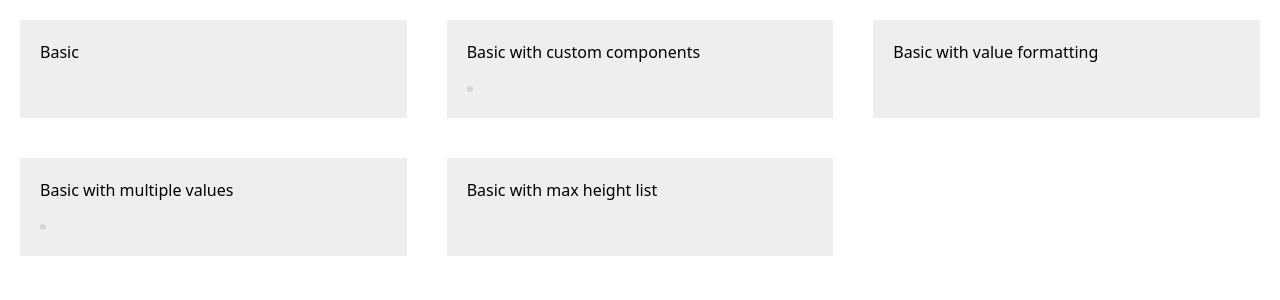
Repository: Frexity/frx-react
Page: / (app in ui/react-select/)
An editor plug-in stored every save of this project. The page is shown before and after the next save, followed by the edit.
The browser window is 1280 px wide. The pictures show the whole page.
Some web libraries are served in a nearby version. The project was rebuilt for these pictures with package versions that can differ from the ones it lists, and the page was loaded fresh each time. Also part of the build but not shown: ui/react-select/vite.config.ts, ui/react-select/src/CustomSelectComponents/ListLoadingIndicator.tsx, ui/react-select/src/dummy-components/ControlLoadingIndicator.tsx, ui/react-select/src/dummy-components/ListLoadingIndicator.tsx.

Above is the page before, as saved 2022-08-21 00:45:04.

After the next save:
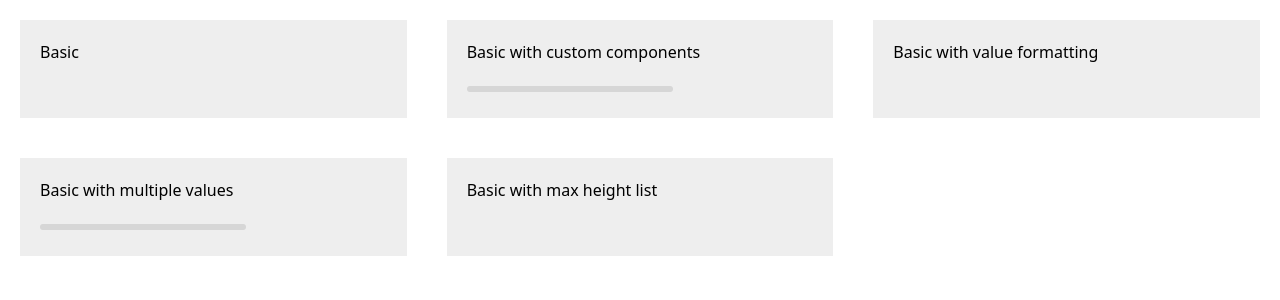
Saved 11 s later.
--- a/ui/react-select/src/Select/Input.tsx
+++ b/ui/react-select/src/Select/Input.tsx
@@ -19,6 +19,7 @@ const InnerInput = memo(({ valueFormatter, selectedValues, id, onFocus }: InnerI
       // placeholder="hej"
       onFocus={onFocus}
       // value={formattedValue || ''}
+      style={{ width: 200 }}
     >
       {formattedValue}
     </div>
